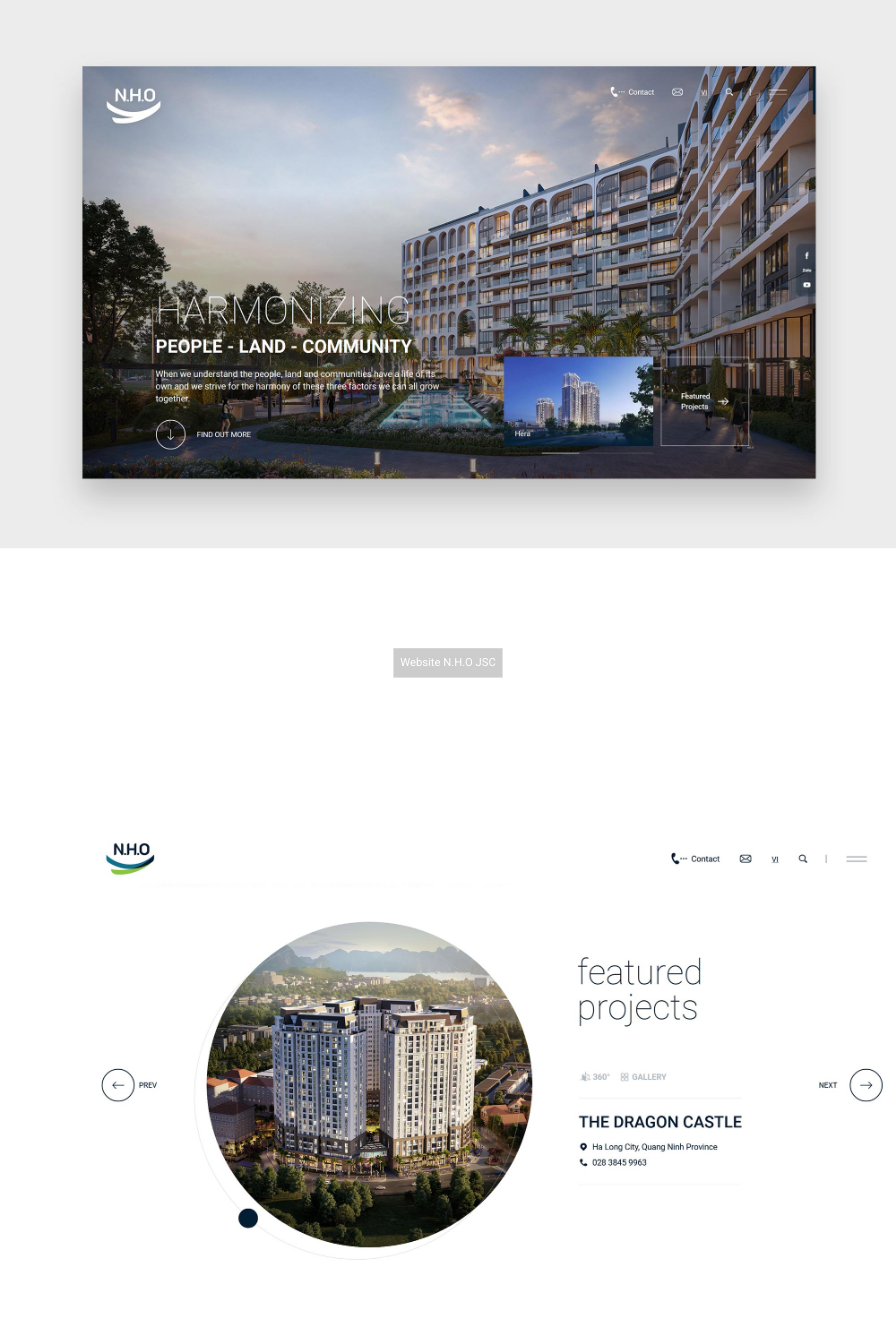
Repository: Minns-Cao/project-BTQ
Page: company.html
The author's editor kept a copy of each file at every save. The page is drawn from the files as they stood at one save, then again after a run of saves.
The browser window is 1280 px wide. The pictures show the part of the page from y = 0 to 1920 px (the page is 6093 px tall), at 70% of full size.

Above is the page before, as saved 2023-07-02 09:43:18.
Console error: TypeError: Cannot read properties of null (reading 'addEventListener')

### company.html
<!DOCTYPE html>
<html lang="en">
    <head>
        <meta charset="UTF-8" />
        <meta http-equiv="X-UA-Compatible" content="IE=edge" />
        <meta name="viewport" content="width=device-width, initial-scale=1.0" />
        <title>BTQ</title>
        <!-- Fonts -->
        <link rel="preconnect" href="https://fonts.googleapis.com" />
        <link rel="preconnect" href="https://fonts.gstatic.com" crossorigin />
        <link
            href="https://fonts.googleapis.com/css2?family=Roboto:wght@100;300;400;500;700;900&display=swap"
            rel="stylesheet"
        />
        <!-- Reset CSS -->
        <link rel="stylesheet" href="./assets/css/reset.css" />
        <!-- Style CSS -->
        <link rel="stylesheet" href="./assets/css/headerFooter.css" />
        <link rel="stylesheet" href="./assets/css/styleCompany.css" />
    </head>
    <body>
        <main>
            <div class="imgFirst">
                <img src="./imagesCompany/NHO/1.jpg" alt="" class="thumb" />
            </div>
            <div class="details-title-name">
                <h3 class="name">N.H.O JSC COMPANY</h3>
                <h3 class="label">Website N.H.O JSC</h3>
                <a href="https://www.nhojsc.vn/" class="linkWebCus">
                    <p class="seeMore">xem website</p>
                    <div class="icon">
                        <svg
                            xmlns="http://www.w3.org/2000/svg"
                            x="0px"
                            y="0px"
                            viewBox="0 0 100 100"
                        >
                            <path
                                fill="currentColor"
                                d="M99,11.6v76.8C99,94.3,94.3,99,88.4,99H11.6C5.7,99,1,94.3,1,88.4V11.6C1,5.7,5.7,1,11.6,1h76.8C94.3,1,99,5.7,99,11.6z
                        M78.1,15h-29c-2.8,0-5,2.2-5,5v3.1c0,2.8,2.5,5.3,5.3,5l12.2-0.3L16.6,73.1c-1.9,1.6-1.9,4.4,0,6.2l4.4,4.4c1.6,1.6,4.4,1.6,6.2,0
                       l44.9-45.3l-0.6,12.2c0,2.8,2.2,5.3,5,5.3h3.1c2.8,0,5-2.2,5-5v-29C84.6,21.9,85.2,15,78.1,15z"
                            ></path>
                        </svg>
                    </div>
                </a>
            </div>
            <div class="imgSecond">
                <img src="./imagesCompany/NHO/2.jpg" alt="" class="thumb" />
            </div>
            <div class="imgThird">
                <img src="./imagesCompany/NHO/3.jpg" alt="" class="thumb" />
            </div>
        </main>
        <script src="./app_OpenAns.js"></script>
    </body>
</html>

### assets/css/headerFooter.css
* {
    box-sizing: border-box;
}

:root {
    --color-bg1: #24547f;
    --color-bg2: #463b75;
    --color-bg3: #d9996b;
    --color-bg4: #86506c;
    --color-bg5: #206a54;
    --color-bg6: #779273;
    --color-bg7: #e48f92;
    --color-bg8: #6dbcc5;
    --color-bgMenu: #24547f;
}

html {
    font-size: 62.5%;
}

body {
    font-family: "Roboto", sans-serif;
    font-size: 1.6rem;
}

/* =======================HEADER======================= */
.navigation {
    position: fixed;
    top: 0;
    left: 0;
    display: flex;
    justify-content: space-between;
    width: 100%;
    padding: 20px 30px;
    z-index: 100000;
}

.navigation .logo {
    transition: all 0.5s ease-out;
}

.navigation .box {
    display: flex;
    justify-content: center;
    align-items: center;
    gap: 1vw;
}

.navigation .targetPage{
    display: flex;
    align-items: center;
    transition: all 0.8s ease-out;
}

.navigation .targetPage .dot {
    width: 20px;
    height: 20px;
}

.navigation .targetPage .namePage {
    text-transform: uppercase;
    color: #fff;
    font-size: 36px;
    vertical-align: middle;
    white-space: nowrap;
    letter-spacing: -1px;
    line-height: 1.1;
    display: inline-block;
    font-weight: 400;
    margin-left: 1vw;
}

.navigationBar {
    display: flex;
    align-items: center;
    gap: 80px;
}

.navigationBar .lang {
    position: relative;
    font-weight: 900;
    font-size: 18px;
    line-height: 50px;
    text-transform: uppercase;
    color: #fff;
    width: auto;
    display: inline-block;
    padding-bottom: 10px;
    visibility: hidden;
    opacity: 0;
    pointer-events: none;
    transition: all 0.5s ease-in-out 0.2s;
    z-index: 10000;
}

.navigationBar .lang.active {
    visibility: visible;
    opacity: 1;
    pointer-events: all;
}
.navigationBar .lang::after,
.navigationBar .lang::before {
    position: absolute;
    content: "";
    display: block;
    width: 30px;
    height: 1px;
    background-color: #fff;
}

.navigationBar .lang::after {
    top: 40%;
    left: 130%;
}
.navigationBar .lang::before {
    top: 40%;
    right: 130%;
}



.navigation .iconBar {
    position: relative;
    display: block;
    width: 70px;
    height: 60px;
    color: #000;
    transform: translateX(0);
    transition: all 0.5s ease-in-out 0.2s;
    z-index: 10000;
}

.navigation .iconBar.active{
    transform: translateX(2vw);
}

.navigation .iconBar .background{
    width: 100%;
    height: 100%;
    background-color: rgba(0,0,0,.1);
    border-radius: 5px;
    transform: translate(-10%, -5%);
    visibility:hidden;
}



.iconBar .lineMid,
.iconBar .lineTop,
.iconBar .lineBot {
    position: absolute;
    top: 25px;
    left: 0px;
    height: 2px;
    width: 75%;
    background-color: #fff;
    box-shadow: 3px 3px 0 rgb(0 0 0 / 10%);
    transition: all 0.3s ease-in-out;
}

.iconBar .lineMid {
    opacity: 1;
    visibility: visible;
}

.iconBar .lineTop {
    top: 15px;
    left: 5px;
    width: 40%;
}

.iconBar .lineBot {
    top: 35px;
    left: 5px;
    width: 40%;
}

.navigation .iconBar:hover .lineMid {
    width: 50%;
}

.navigation .iconBar:hover .lineTop,
.navigation .iconBar:hover .lineBot {
    width: 60%;
}

/* nav onClick */

.navigation .onClick.iconBar .lineMid {
    visibility: hidden;
    opacity: 0;
}

.navigation .onClick.iconBar .lineTop,
.navigation .onClick.iconBar .lineBot {
    top: 25px;
    left: 10px;
    width: 50%;
}

.navigation .onClick.iconBar .lineTop {
    transform: rotate(45deg);
}
.navigation .onClick.iconBar .lineBot {
    transform: rotate(-45deg);
}

.navigation .onClick.iconBar:hover .lineTop,
.navigation .onClick.iconBar:hover .lineBot {
    top: 25px;
    width: 50%;
}

.navigation .onClick.iconBar:hover .lineTop {
    left: 11px;
    transform: rotate(90deg);
    box-shadow: none;
}
.navigation .onClick.iconBar:hover .lineBot {
    left: 9px;
    transform: rotate(-90deg);
    box-shadow: none;
}

/* =======================HEADER-MENU======================= */

header .menu {
    position: absolute;
    top: 0;
    right: 0;
    width: 100%;
}

header .menu .bg-menu {
    position: absolute;
    top: 0;
    left: 0;
    display: block;
    width: 100vw;
    height: 100vh;
    z-index: 101;
    overflow: hidden;
    pointer-events: none;
}

header .menu .color-bg-menu {
    display: block;
    width: 100%;
    height: 100%;
    border-radius: 50%;
    background-image: linear-gradient(
        -135deg,
        var(--color-bgMenu) 65%,
        transparent 80%
    );
    opacity: 0;
    visibility: hidden;
    transition: all 0.3s linear;
    pointer-events: none;
}

header .menu .color-bg-menu.active {
    animation: bg-menuAnimation_active 0.5s linear forwards;
}
header .menu .color-bg-menu.noActive {
    animation: bg-menuAnimation_noActive 5s linear forwards;
}

@keyframes bg-menuAnimation_active {
    0% {
        opacity: 0;
        visibility: hidden;
        transform: translate(60%, -60%) scale(1);
    }
    30% {
        opacity: 0.98;
        visibility: visible;
    }
    100% {
        opacity: 0.98;
        visibility: visible;
        transform: translate(60%, -60%) scale(4);
        pointer-events: none;
    }
}
@keyframes bg-menuAnimation_noActive {
    0% {
        opacity: 0.98;
        visibility: visible;
        transform: translate(60%, -60%) scale(4);
    }
    30% {
        opacity: 0;
        visibility: visible;
    }
    100% {
        opacity: 0;
        visibility: none;
        transform: translate(60%, -60%) scale(3.5);
        pointer-events: all;
    }
}
header .menu .main-menu {
    position: absolute;
    top: 0;
    right: 0;
    display: flex;
    align-items: flex-end;
    flex-direction: column;
    gap: 50px;
    width: 100%;
    height: 100%;
    padding-top: 70px;
    margin-right: 10vw;
    margin-top: 10vh;
    z-index: 102;
    visibility: hidden;
    opacity: 0;
    pointer-events: none;
    transition: all 0.5s ease-in-out 0.2s;
}

header .menu .main-menu.active {
    visibility: visible;
    opacity: 1;
    pointer-events: all;
}

header .menu .iconHome {
    display: block;
    width: 50px;
    height: 36px;
    color: #fff;
}

header .menu a{
    text-decoration: none;
}

header .menu .menuItem {
    font-weight: 900;
    font-size: calc(100vh / 14);
    line-height: 1;
    letter-spacing: 2px;
    text-transform: uppercase;
    white-space: nowrap;
    color: #fff;
    -webkit-text-stroke: 1px #fff;
    -webkit-text-fill-color: transparent;
    transition: all 0.5s ease-in-out;

}

header .menu .menuItem:hover {
    color: #fcd62c;
    -webkit-text-stroke: 1px #fcd62c;
    -webkit-text-fill-color: #fcd62c;
}

footer .contentBlockFooter{
    height: 35vh;
    background-color: #91b879;
    position: relative;
}

footer .contentBlockFooter::after{
    position: absolute;
    content: '';
    display: block;
    pointer-events: none;
    background-color: #fff;
    width: 1px;
    height: 6vw;
    top: -3vw;
    left: 50%;
    z-index: 10;
}

footer .contentBlockFooter .contentBox {
    padding-top: 60px;
    display: flex;
    flex-direction: column;
    justify-content: center;
    align-items: center;
}

footer .contentBlockFooter .contentBox svg{
    color: #fff;
    width: 60px;
    height: 60px;
}

footer .contentBlockFooter .contentBox .copyRight{
    font-size: 13px;
    line-height: 1.2;
    color: #fff;
    text-transform: uppercase;
}

footer .contentBlockFooter .contentBox .copyRight strong {
    font-weight: 900;
}

### assets/css/styleCompany.css
.thumb {
    width: 100vw;
}

.details-title-name {
    display: flex;
    justify-content: center;
    align-items: center;
    flex-direction: column;
    width: 100%;
    height: 45vh;
}

.details-title-name .name{
    font-size: 5vw;
    font-weight: 100;
    line-height: 1.2;
    position: relative;
    margin: 10px 0;
    color: #fff;
    text-align: center;
    display: block;
}

.details-title-name .label {
    font-size: 16px;
    line-height: 1.4;
    position: relative;
    margin: 0 0 10px;
    color: #fff;
    padding: 10px;
    background-color: rgba(0,0,0,.2);
    text-align: center;
    display: inline-block;
}

.details-title-name .linkWebCus {
    display: flex;
    flex-direction: column;
    justify-content: center;
    align-items: center;
    gap: 10px;
    margin: 10px auto;
    font-family: Arial,Helvetica,sans-serif;
    font-weight: 400;
    font-size: 14px;
    line-height: 1.4;
    width: 130px;
    text-decoration: none;
}

.details-title-name .linkWebCus .seeMore {

    color: #fff;
}


.details-title-name .icon {
    width: 40px;
    height: 40px;
    color: #fff;
}



#myIframe {
    position: absolute;
    height: 100vh;
    top: 0;
    left: 0;
    right: 0;
    bottom: 0;
    z-index: 1000000;
    background-color: rebeccapurple;
    overflow: hidden;
}

### app_OpenAns.js
// ======================activeIconMenuBar=========================
function activeIconMenuBar(x) {
    x.classList.toggle("onClick");
    let mainMenu = document.querySelector("header .menu .main-menu");
    let lang = document.querySelector(".navigationBar .lang");
    let bgMenu = document.querySelector("header .menu .color-bg-menu");
    if (x.classList.contains("onClick")) {
        mainMenu.classList.add("active");
        lang.classList.add("active");
        bgMenu.classList.add("active");
        bgMenu.classList.remove("noActive");
        changeBackroundMenu();
    } else {
        mainMenu.classList.remove("active");
        lang.classList.remove("active");
        bgMenu.classList.remove("active");
        bgMenu.classList.add("noActive");
    }
}

let dataBackgroundMenu = [
    "#24547f",
    "#463b75",
    "#d9996b",
    "#86506c",
    "#206a54",
    "#779273",
    "#e48f92",
    "#6dbcc5",
];

function changeBackroundMenu() {
    let first_elm = dataBackgroundMenu.shift();
    dataBackgroundMenu.push(first_elm);
    document
        .querySelector("header .menu .color-bg-menu")
        .style.setProperty("--color-bgMenu", dataBackgroundMenu[0]);
}

// ======================textRun=========================

let thisBox_list = document.querySelectorAll(
    ".contentBlock1 .textBanner .thisBox"
);
thisBox_list.forEach((thisBox) => {
    let widthContent = thisBox.offsetWidth / 2;
    let thisBoxStyles = getComputedStyle(thisBox);
    thisBox.style.setProperty("--contentWidth", `${-widthContent + 9.5}px`);
});

// ======================EnterButton=========================
let objIcon = document.querySelector(".obj-icon");
objIcon.addEventListener("mousemove", (e) => {
    let xValue = e.clientX;
    let yValue = e.clientY;
    let rectOfobjIcon = objIcon.getBoundingClientRect();
    let yValueBtn = rectOfobjIcon.top + rectOfobjIcon.height / 2;
    let xValueBtn = rectOfobjIcon.left + rectOfobjIcon.width / 2;
    let speed = 0.125;
    objIcon.style.transform = `translate(${-(xValue - xValueBtn) * speed}px,${
        -(yValue - yValueBtn) * speed
    }px) `;
});

objIcon.addEventListener("mouseout", () => {
    objIcon.style.transform = `translate(0,0)`;
});
// ======================ScrollAnimation=========================

function moveNav(target) {
    let logoNav = document.querySelector("header .navigation .logo");
    let targetPage = document.querySelector("header .navigation .targetPage");
    let bar = document.querySelector("header .navigation .iconBar");
    let bar_backGround = document.querySelector(
        "header .navigation .iconBar .background"
    );
    if (target < 1) {
        logoNav.style.transform = `translate(0,0)`;
        targetPage.style.transform = `translate(0,0)`;
        bar.classList.remove("active");
        bar_backGround.style.visibility = "hidden";
    }
    if (target > 1 && target < 100) {
        logoNav.style.transform = `translate(${-target * 200}px,0)`;
        targetPage.style.transform = `translate(0,${-target * 200}px)`;
        bar.classList.add("active");
        bar_backGround.style.visibility = "visible";
    }
}

window.addEventListener("scroll", (e) => {
    let heightOfFooter = document.querySelector("footer").offsetHeight;
    //Vị trí của scroll (không tính footer)
    let targetScroll =
        (window.pageYOffset /
            (document.body.offsetHeight -
                heightOfFooter -
                window.innerHeight)) *
        100;
    moveNav(targetScroll);
});

function ScrollAnimation(elm, distance, speed, trend, first) {
    window.addEventListener("scroll", function () {
        //khoảng di chuyển
        let x = (window.innerHeight - elm.getBoundingClientRect().top) * speed;

        //xử lý bug phần tử đầu tiên khi scroll
        if(first === "true") {
            x = x - (window.innerHeight * speed);
        }

        //giới hạn di chuyển từ 0 tới distance
        let movePos = Math.max(0, Math.min(distance, x));

        //gán giá trị transform cho elm
        if (trend === "down" || trend === undefined) {
                elm.style.transform = `translateY(${movePos}px)`;
        } else if (trend === "up") {
            elm.style.transform = `translateY(${-(movePos - distance)}px)`;
        }
    });
}

let list_scrollElm = document.querySelectorAll(".scrollElm");

list_scrollElm.forEach((scrollElm) => {
    let distance = scrollElm.dataset.distance;
    let speed = scrollElm.dataset.speed;
    let trend = scrollElm.dataset.trend;
    let first = scrollElm.dataset.first;
    ScrollAnimation(scrollElm, distance, speed, trend, first);
});




// ========================
// var iframe = document.getElementById('myIframe');

// // Ngăn sự kiện cuộn trang web chính
// window.addEventListener('scroll', function(e) {
//   e.preventDefault();
//   window.scrollTo(0, 0);
// });

// // Cho phép cuộn bên trong iframe
// iframe.addEventListener('load', function() {
//   iframe.contentWindow.addEventListener('scroll', function(e) {
//     e.stopPropagation();
//   });
// });

Loaded but not shown: assets/css/reset.css (common file)

After the next 4 saves:
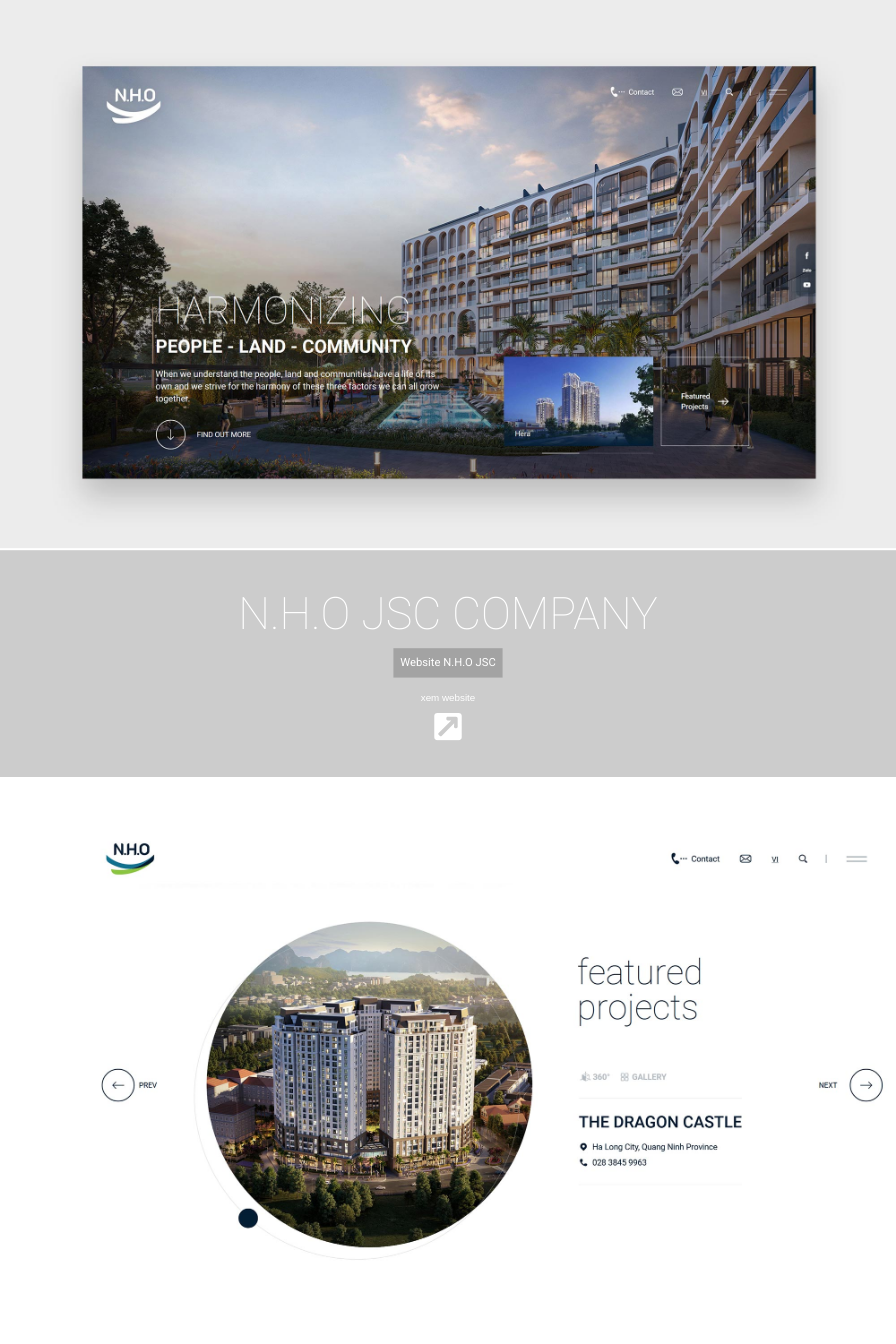
The 4 saves are shown as one change because they came seconds apart.
The last was saved 13 s later.
--- a/assets/css/styleCompany.css
+++ b/assets/css/styleCompany.css
@@ -9,6 +9,7 @@
     flex-direction: column;
     width: 100%;
     height: 45vh;
+    background-color: rgba(0,0,0,.2);
 }
 
 .details-title-name .name{
